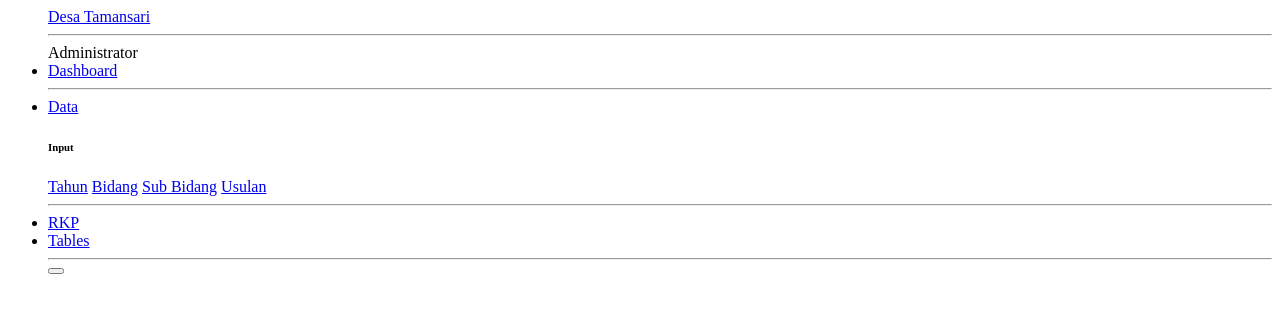
Repository: nersus15/master_rahma_punya
Page: http://localhost/database/application/views/templates/sidebar.php
An editor plug-in stored every save of this project. The page is shown before and after the next save, followed by the edit.
The browser window is 1280 px wide. The pictures show the whole page.
The page is run by PHP 8.4 with error messages shown; the project is at /var/www/html/.

Above is the page before, as saved 2020-04-28 01:56:52.

After the next save:
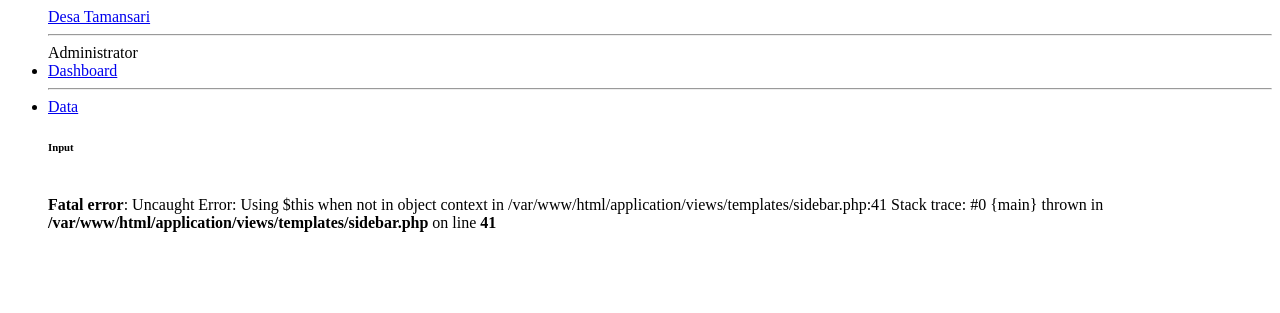
Saved 3 min 14 s later.
--- a/application/views/templates/sidebar.php
+++ b/application/views/templates/sidebar.php
@@ -37,11 +37,15 @@
         <div id="collapseUtilities" class="collapse" aria-labelledby="headingUtilities" data-parent="#accordionSidebar">
             <div class="bg-white py-2 collapse-inner rounded">
                 <h6 class="collapse-header">Input</h6>
+                <?php
+                    $userdata = $this->session->userdata();
+                    if($userdata['user-data']['role'] == 1):
+                ?>
                 <a class="collapse-item" href="utilities-color.html">Tahun</a>
                 <a class="collapse-item" href="utilities-color.html">Bidang</a>
                 <a class="collapse-item" href="utilities-border.html">Sub Bidang</a>
+                <?php endif ?>
                 <a class="collapse-item" href="utilities-animation.html">Usulan</a>
-
             </div>
         </div>
     </li>
